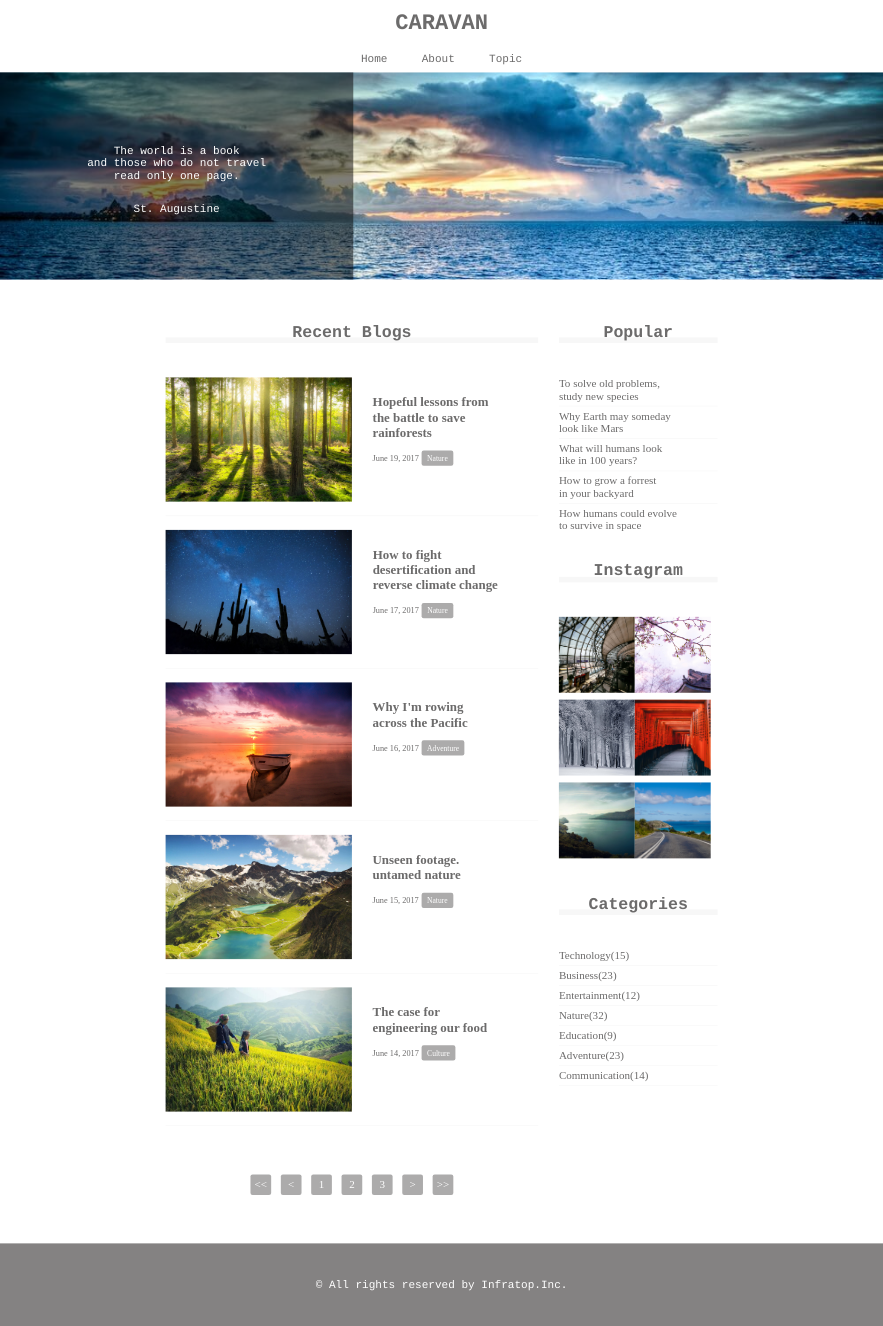
Repository: chihuyu3369/curriculum
Page: caravan/index.html
The author's editor kept a record of every edit. The page is drawn from the files as they stood at one moment, then again after the next edit.
The browser window is 1280 px wide. The pictures show the whole page, at 69% of full size.
Some web libraries are served in a nearby version.

Above is the page before.

### caravan/index.html
<html lang="ja">
  <head>
    <meta charset="UTF-8" />
    <!-- CSSファイルの読み込み -->

    <script src="https://kit.fontawesome.com/745cec52c4.js" crossorigin="anonymous"></script>
    <link rel="stylesheet" href="style.css" />
    <title>CARAVAN</title>
  </head>

  <body>
    <!-- header -->
    <header>
      <h1 class="heading">
        <a href="index.html">
          CARAVAN
        </a>
      </h1>
       <div class="social"></div>
    </header>

    <!-- navigation -->
    <nav>
      <ul class="nav-list">
        <li class="nav-list-item">
          <a href="index.html">Home</a>
        </li>
          <li class="nav-list-item">About</li>
        <li class="nav-list-item">Topic</li>
      </ul>
    </nav>

    <!-- main-visual用のdiv -->
    <div class="main-visual">
      <div class="main-visual-content">

    <p class="main-visual-text">
      The world is a book<br />
      and those who do not travel<br />
      read only one page.
    </p>
    <p class="main-visual-name">
      St. Augustine
    </p>
    </div>
  </div>

    <!-- main用のdiv -->
   <main>
     <section class="blog">
       <h2 class="blog-heading">Recent Blogs</h2>
      <div class="blog-box">
       <div class="blog-item">
         <img class="blog-image" src="img/forest.jpg">
         <section class="blog-text">
           <h3 class="blog-text-heading">
             <a href="single.html">
               Hopeful lessons from<br>
               the battle to save<br>
               rainforests
              </a>
            </h3>
            <p class="blog-date">June 19, 2017</p>
            <span class="category">Nature</span>
          </section>
        </div>
       <div class="blog-item">
         <img class="blog-image" src="img/desert.jpg">
         <section class="blog-text">
           <h3 class="blog-text-heading">
             <a href="single.html">
               How to fight<br>
               desertification and<br>
               reverse climate change
              </a>
            </h3>
            <p class="blog-date">June 17, 2017</p>
            <span class="category">Nature</span>
          </section>
        </div>
       <div class="blog-item">
         <img class="blog-image" src="img/sunset.jpg">
         <section class="blog-text">
           <h3 class="blog-text-heading">
             <a href="single.html">
               Why I'm rowing<br>
               across the Pacific
              </a>
            </h3>
            <p class="blog-date">June 16, 2017</p>
            <span class="category">Adventure</span>
          </section>
          </div>
       <div class="blog-item">
         <img class="blog-image" src="img/italy.jpg">
         <section class="blog-text">
           <h3 class="blog-text-heading">
             <a href="single.html">
               Unseen footage.<br>
               untamed nature
              </a>
            </h3>
            <p class="blog-date">June 15, 2017</p>
            <span class="category">Nature</span>
          </section>
          </div>
       <div class="blog-item">
         <img class="blog-image" src="img/asia.jpg">
         <section class="blog-text">
           <h3 class="blog-text-heading">
             <a href="single.html">
               The case for<br>
               engineering our food
              </a>
            </h3>
            <p class="blog-date">June 14, 2017</p>
            <span class="category">Culture</span>
          </section>
          </div>
         </div>
          <div class="pagination">
            <p><<</p>
            <p><</p>
            <p>1</p>
            <p>2</p>
            <p>3</p>
            <p>></p>
            <p>>></p>
          </div>
     </section>
     <div class="sidebar">
       <section class="popular">
         <h2 class="popular-heading common-heading">Popular</h2>
         <div class="sidebar-contents">
           <p class="popular-text">To solve old problems,<br>
           study new species</p>
           <p class="popular-text">Why Earth may someday<br>
           look like Mars</p>
           <p class="popular-text">What will humans look<br>
           like in 100 years?</p>
           <p class="popular-text">How to grow a forrest<br>
           in your backyard</p>
           <p class="popular-text">How humans could evolve<br>
           to survive in space</p>
          </div>
        </section>
        <section class="instagram">
          <h2 class="instagram-heading common-heading">Instagram</h2>
          <div class="sidebar-contents">
            <div class="instagram-box"></div>
            <div class="instagram-box"></div>
            <div class="instagram-box"></div>
            <div class="instagram-box"></div>
            <div class="instagram-box"></div>
            <div class="instagram-box"></div>
          </div>
        </section>
        <section class="categories">
          <h2 class="categories-heading common-heading">Categories</h2>
          <div class="sidebar-contents">
            <p class="categories-text">Technology(15)</p>
            <p class="categories-text">Business(23)</p>
            <p class="categories-text">Entertainment(12)</p>
            <p class="categories-text">Nature(32)</p>
            <p class="categories-text">Education(9)</p>
            <p class="categories-text">Adventure(23)</p>
            <p class="categories-text">Communication(14)</p>
          </div>
        </section>
      </div>
    </main>

    <!-- footer -->
    <footer>
      <p class="footer-text">© All rights reserved by Infratop.Inc.</p>
    </footer>
  </body>
</html>

### caravan/style.css
* {
  margin: 0;
  padding: 0;
  box-sizing: border-box;
  color: #6c6b6b;
}

a {
  text-decoration: none;
}

header,nav,h2,.main-visual,footer {
  font-family: Chalkduster, "Bradley Hnnd", Courier, "Segoe Print", sans-serif;
}

header {
  width: 90%; /* 横幅90% */
  padding: 15px 0;
  margin: 0 auto;
  text-align: center;
  position: relative;
}

.social i {
  display: inline-block;
  margin-left: 20px;
}

.social {
  position: absolute;
  top: 22px;
  right: 22px;
}

header .heading { /* headerタグ内のheadingクラスにのみ反映される */
  font-size: 32px;
}

.nav-list {
  text-align: center;
  padding: 10px 0;
  margin: 0 auto;
}

.nav-list-item {
  list-style: none;
  display: inline-block;
  margin: 0 20px;
}

.main-visual {
  width: 100%; /* 横幅いっぱい */
  height: 300px; /* 高さ300px */
  background-image: url(img/mv.jpg);
  background-size:cover;
  background-position:center;
}

.main-visual-content {
  width: 40%; /* 横幅350px */
  height: 300px; /* 親の高さに揃える */
  background-color: rgba(0,0,0,0.5);
  text-align:center;
  padding-top:105px;
}

.main-visual-text {
  color:#fff;
}

.main-visual-name {
  margin-top:30px;
  color:#fff;
}

main {
  width:800px;
  display: flex;
  justify-content: center;
  margin: 0 auto;
  padding: 70px 0;
}

.blog {
  width:540px;
  margin-right:30px;
}

.blog-heading {
  border-bottom:8px solid #f7f7f7;
  text-align: center;
  line-height:0.6;
}

.blog-box {
  padding-top: 50px;
}

.blog-item {
  padding-bottom:20px;
  margin-bottom:20px;
  border-bottom:1px solid #f7f7f7;
  display: flex;
  justify-content: flex-start;
}

.blog-image {
  height:180px;
}

.blog-text {
  padding: 25px 0 0 30px;
}

.blog-text-heading {
  padding-bottom: 15px;
}
.blog-date {
  font-size:12px;
  display: inline-block;
}
.category {
  display:inline-block;
  padding:5px 8px;
  background-color:#acabab;
  border-radius:3px;
  color:#fff;
  font-size:11px;
}

.pagination {
  text-align: center;
  padding-top: 50px;
}

.pagination p {
  display: inline-block;
  width: 30px;
  height: 30px;
  margin: 0 5px;
  color: #fff;
  background-color: #acabab;
  border-radius: 3px;
  line-height: 30px;
}

.sidebar {
 width:230px;
}

.common-heading {
  border-bottom: 8px solid #f7f7f7;
  text-align:center;
  line-height:0.6;
}

.sidebar-contents {
  padding:50px 0;
}

.popular-text,
.categories-text {
  padding-bottom:5px;
  border-bottom: 1px solid #f7f7f7;
  margin-bottom: 5px;
}

.popular-text:last-child,
categories-text:last-child {
  margin: 0;
  padding: 0;
  border: none;
}

.instagram .sidebar-contents {
  display: flex;
  flex-wrap: wrap;
}

.instagram-box {
  width: 110px;
  padding-top: 110px;
  background-size: cover;
  background-position: center;
  margin-bottom: 10px;
}

.instagram-box:nth-chils(odd) {
  margin: 0 10px 10px 0;
}

.instagram-box:nth-child(1) {
  background-image: url(img/airport.jpg);
}

.instagram-box:nth-child(2) {
  background-image: url(img/japan.jpg)
}

.instagram-box:nth-child(3) {
  background-image: url(img/snow.jpg);
}

.instagram-box:nth-child(4) {
  background-image: url(img/japan2.jpg);
}

.instagram-box:nth-child(5) {
  background-image: url(img/lake.jpg);
}

.instagram-box:nth-child(6) {
  background-image: url(img/road.jpg);
}



footer {
  width: 100%;
  height: 120px;
  text-align: center;
  line-height: 120px;
  background-color: #848282;
}

.footer-text {
  color: #fff;
}

@media screen and (max-width: 425px) {
  header {
    width:100%;
  }

  .nav-list {
    width:100%;
  }

  .nav-list-item {
    width:100%;
    margin: 0 0 10px 0;
  }

  .main-visual {
    width:100%;
  }

  .main-visual-content {
    width:100%;
  }

  .social {
    display: none;
  }

  main {
    width:100%;
    display:block;
  }

  .blog-heading {
    width: 100%;
    margin-left: 100px;
  }

  .blog {
    width:50%;
    margin: 0;
  }

  .blog-box {
    padding-left: 5px;
    padding-right: 5px;
  }

  .category {
    display: none;
  }

  .blog-text {
    width: 50%;
    padding-top: 5px;
    font-size: 13px;
  }

  .blog-image {
    width:200px;
  }

  .sidebar-contents {
    padding-left: 3%;
    padding-right: 3%;
  }

  .instagram-box {
    width: 48%;
    padding-top: 48%;
  }

  .instagram-box:nth-child(odd) {
    margin-right: 4%;
  }

  .pagination {
    margin-bottom: 50px;
  }

  .instagram {
    width: 100%;
    margin-left: 100px;
  }


  .categories {
    width: 100%;
    margin-left: 100px;
  }
}

After the next edit:
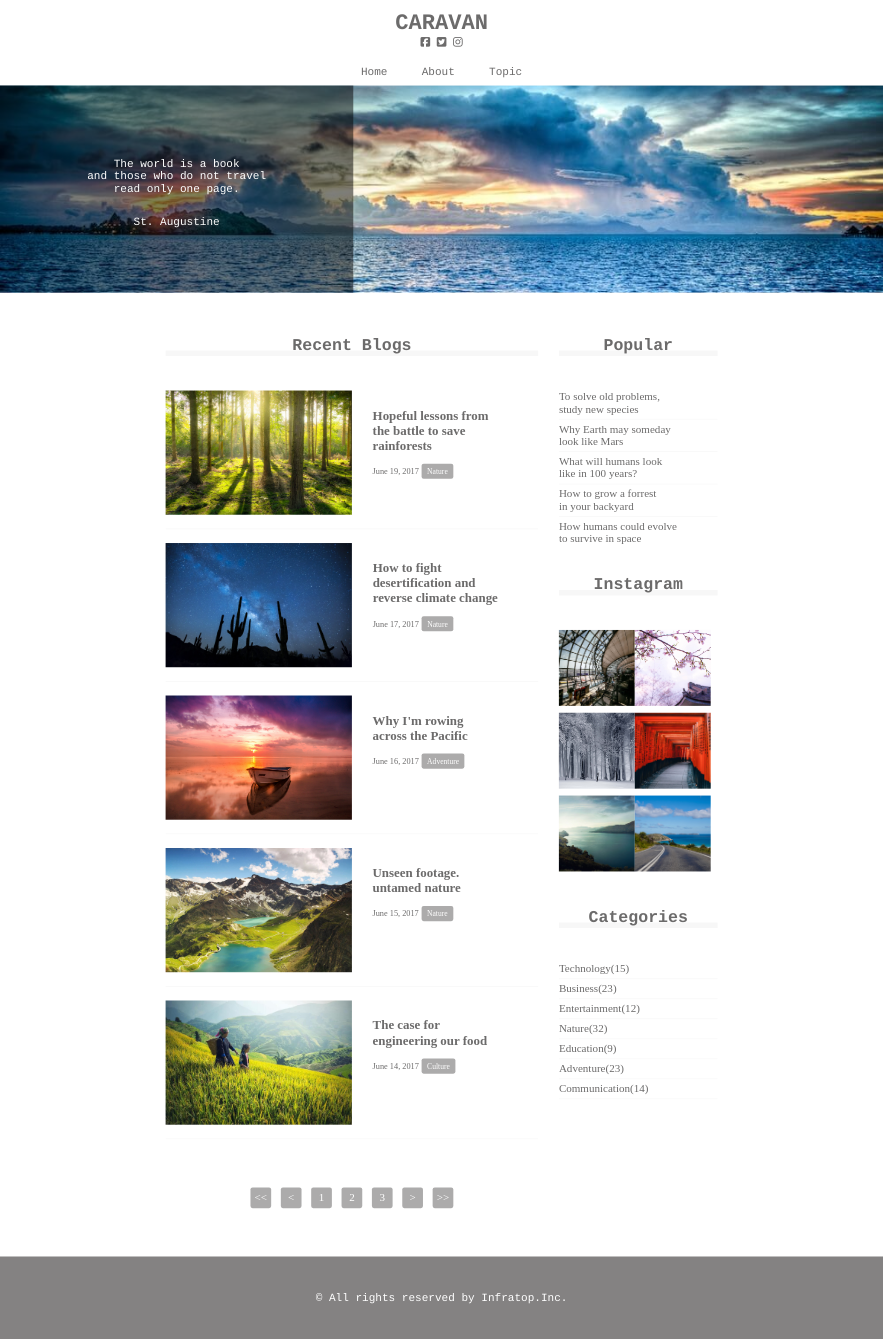
The edit:
--- a/caravan/index.html
+++ b/caravan/index.html
@@ -17,6 +17,10 @@
         </a>
       </h1>
        <div class="social"></div>
+
+        <i class="fab fa-facebook-square"></i>
+        <i class="fab fa-twitter-square"></i>
+        <i class="fab fa-instagram"></i>
     </header>
 
     <!-- navigation -->
